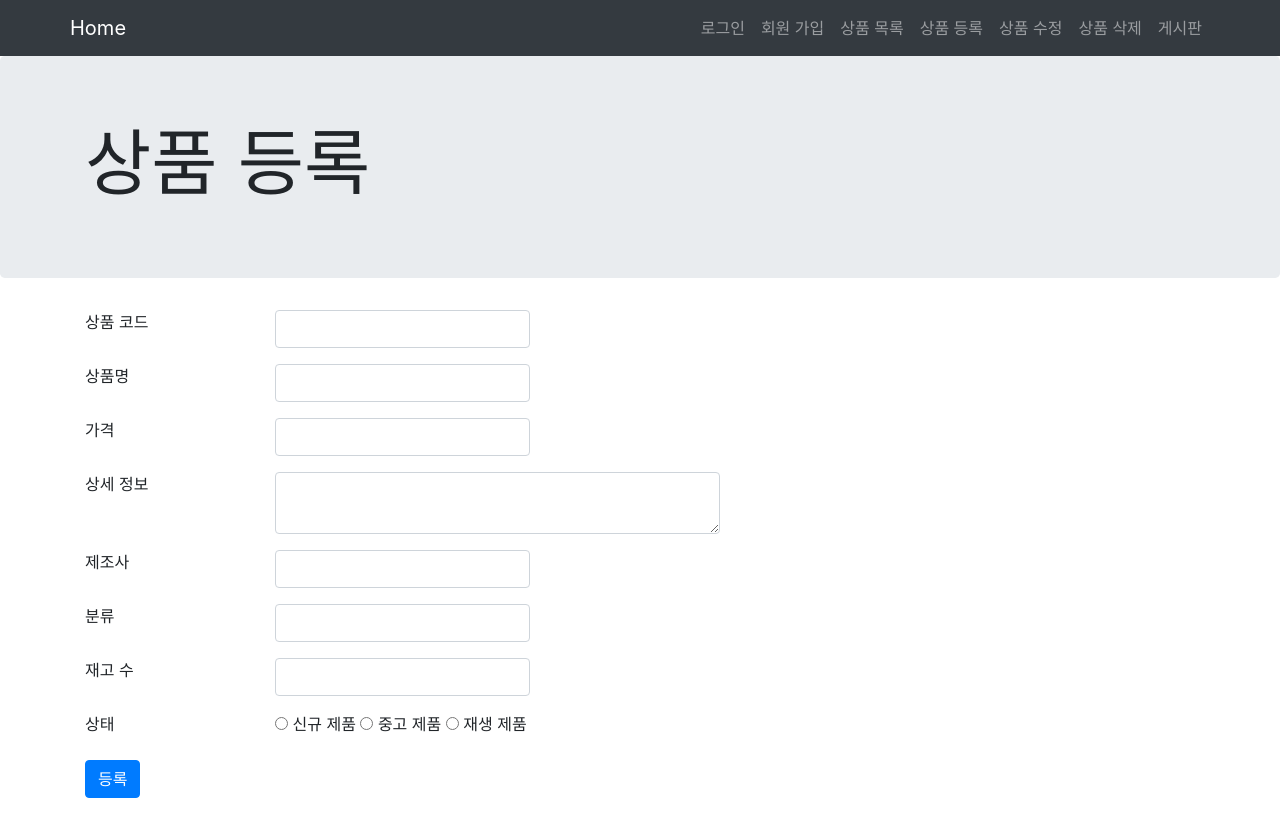
Repository: Pen-nek/Java_original
Page: http://localhost/WebMarket/addProduct.jsp
An editor plug-in stored every save of this project. The page is shown before and after the next save, followed by the edit.
The browser window is 1280 px wide. The pictures show the whole page.
The page is served by Tomcat 9. Nobody is signed in. The application's start-up code is not run. The template is opened directly, without the code that normally fills it, so the values that code supplies are empty.

Above is the page before, as saved 2019-08-21 05:36:22.

After the next save:
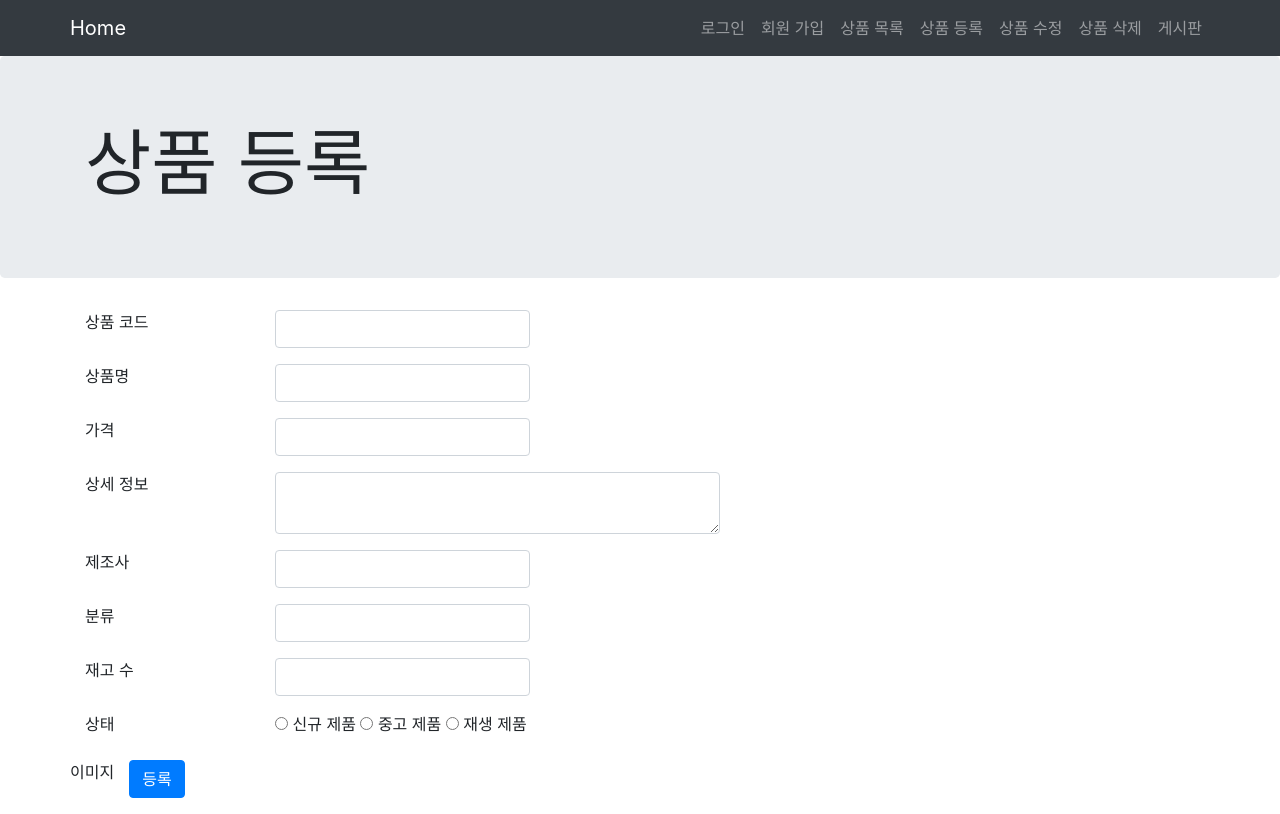
Saved 49 s later.
--- a/WebMarket/WebContent/addProduct.jsp
+++ b/WebMarket/WebContent/addProduct.jsp
@@ -65,6 +65,7 @@
 				</div>
 			</div>
 			<div class="form-group row">
+				<label class="col-sm=2">이미지</label>
 				<div class="col-sm-offset-2 col-sm-10 ">
 					<input type="submit" class="btn btn-primary" value="등록" >
 				</div>
